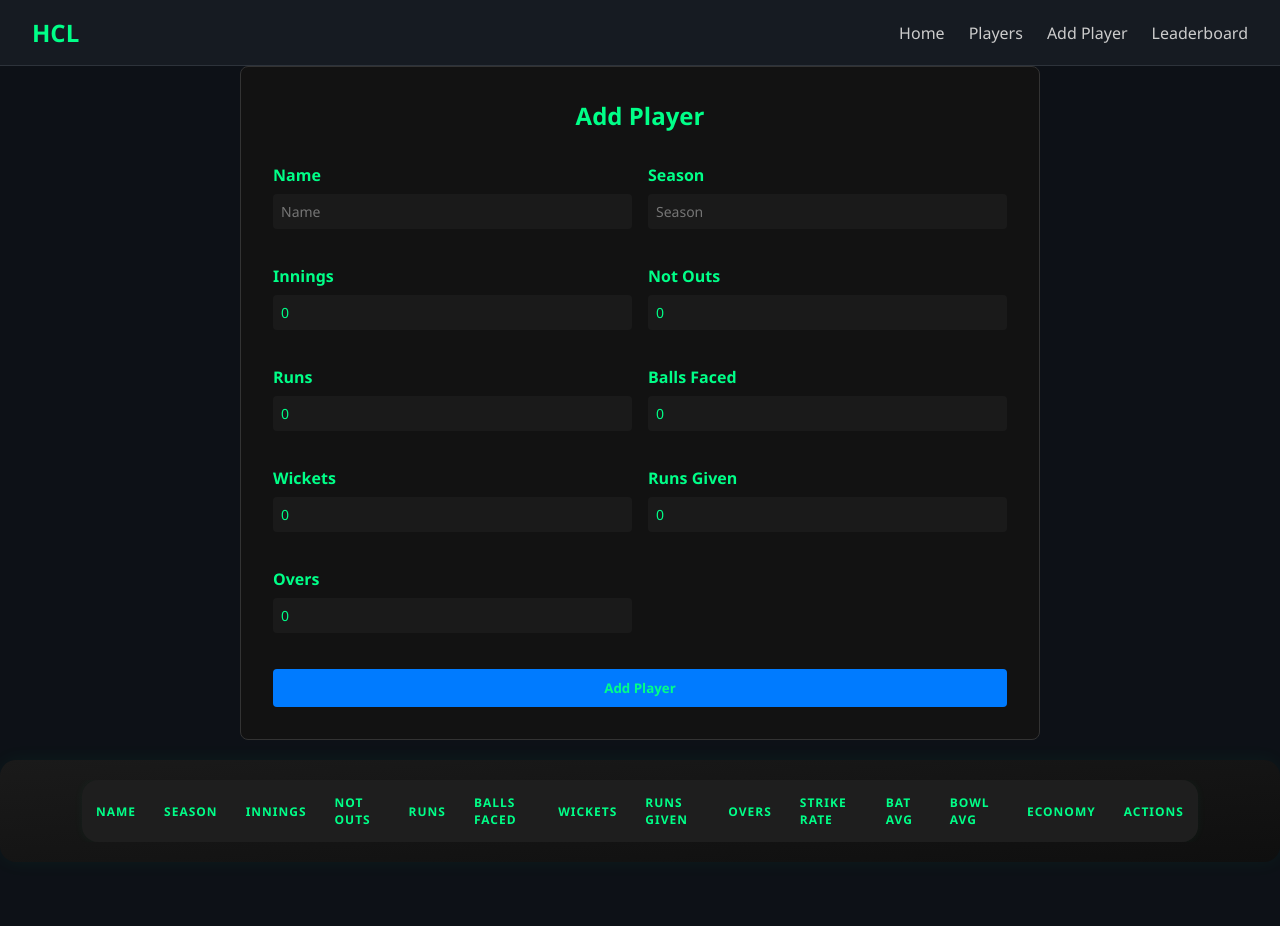
Repository: DanTastic-Dev/HCL
Page: /add (app in cricket-app/)
These files come from the project's save history. The page is drawn as it stood at one moment and after the next save; the edit follows.
The browser window is 1280 px wide. The pictures show the whole page.
The page's requests for data from a server got no answer. The project was rebuilt for these pictures with package versions that can differ from the ones it lists, and the page was loaded fresh each time. No one was signed in, and anything a server would have sent is missing. Also part of the build but not shown: cricket-app/src/components/TopPerformers.jsx, cricket-app/src/components/MiniLeaderboards.jsx, cricket-app/src/components/IntroAnimation.css, cricket-app/src/pages/HomePage.jsx, cricket-app/src/components/PlayerCard.jsx, cricket-app/src/pages/ViewPlayersPage.jsx, cricket-app/src/pages/LeaderboardPage.jsx, cricket-app/src/pages/EditPlayerPage.jsx.

Above is the page before, as saved 2025-06-19 12:31:02.

### cricket-app/public/index.html
<!DOCTYPE html>
<html lang="en">
  <head>
    <meta charset="UTF-8" />
    <meta name="viewport" content="width=device-width, initial-scale=1.0"/>
    <title>Cricket Stats App</title>
  </head>
  <body>
    <div id="root"></div>
  </body>
</html>

### cricket-app/src/index.js
import React from 'react';
import ReactDOM from 'react-dom/client';
import AppWithAnimation from './AppWithAnimation';
import './index.css';

const root = ReactDOM.createRoot(document.getElementById('root'));
root.render(
    <React.StrictMode>
        <AppWithAnimation />
    </React.StrictMode>
);

### cricket-app/src/AppWithAnimation.jsx
import React, { useState } from 'react';
import App from './App';
import IntroAnimation from './components/IntroAnimation';

const AppWithAnimation = () => {
    const [showIntro, setShowIntro] = useState(true);

    return showIntro ? <IntroAnimation onComplete={() => setShowIntro(false)} /> : <App />;
};

export default AppWithAnimation;

### cricket-app/src/index.css
/* index.css */

* {
  margin: 0;
  padding: 0;
  box-sizing: border-box;
  font-family: 'Segoe UI', Tahoma, Geneva, Verdana, sans-serif;
}

body {
  background-color: #f4f6f8;
  color: #333;
}

button {
  cursor: pointer;
  background-color: #007bff;
  border: none;
  color: white;
  padding: 8px 14px;
  border-radius: 4px;
  transition: background-color 0.2s ease;
}

button:hover {
  background-color: #0056b3;
}

input {
  padding: 8px;
  margin: 4px 0;
  border-radius: 4px;
  border: 1px solid #ccc;
  width: 100%;
}

table {
  width: 100%;
  border-collapse: collapse;
}

th, td {
  padding: 12px;
  border: 1px solid #ccc;
  text-align: left;
}

th {
  background-color: #e9ecef;
}

.container {
  max-width: 1200px;
  margin: 0 auto;
  padding: 20px;
}

/* index.css */
body, html {
  margin: 0;
  padding: 0;
  background-color: #0D1117; /* Deep black */
  color: #FFFFFF;
  font-family: 'Segoe UI', sans-serif;
  min-height: 100vh;
}
*:focus {
  outline: none !important;
  box-shadow: none !important;
}

th, td, table {
  border: none !important;
  outline: none !important;
}

*:focus {
  outline: none !important;
  box-shadow: none !important;
}

th, td, table, input, button {
  border: none !important;
  outline: none !important;
}

### cricket-app/src/components/IntroAnimation.jsx
import React, { useEffect, useState, useMemo } from "react";
import "./IntroAnimation.css";

const IntroAnimation = ({ topBatter, topBowler, onComplete }) => {
  const [displayText, setDisplayText] = useState("");
  const [stepIndex, setStepIndex] = useState(0);
  const [charIndex, setCharIndex] = useState(0);
  const [isTyping, setIsTyping] = useState(true);

  // 🛡️ If required data is missing, skip the intro
  useEffect(() => {
    if (!topBatter || !topBowler) {
      console.warn("Missing topBatter or topBowler, skipping intro animation");
      onComplete?.();
    }
  }, [topBatter, topBowler, onComplete]);

  const batterAvg =
    topBatter?.innings - topBatter?.notOuts > 0
      ? (topBatter.runs / (topBatter.innings - topBatter.notOuts)).toFixed(2)
      : "-";

  const batterSR =
    topBatter?.ballsFaced > 0
      ? ((topBatter.runs / topBatter.ballsFaced) * 100).toFixed(2)
      : "-";

  const bowlerEco =
    topBowler?.overs > 0
      ? (topBowler.runsGiven / topBowler.overs).toFixed(2)
      : "-";

  const steps = useMemo(() => {
    if (!topBatter || !topBowler) return [];

    return [
      `🏏 ${topBatter.runs} runs... ${batterAvg} avg... ${batterSR} SR...`,
      `🔥 Top Run Getter`,
      `${topBatter.name}`,
      `🎯 ${topBowler.wickets} wickets... ${bowlerEco} economy...`,
      `🔥 Top Wicket Taker`,
      `${topBowler.name}`,
    ];
  }, [topBatter, topBowler, batterAvg, batterSR, bowlerEco]);

  const isNameStep = stepIndex === 2 || stepIndex === 5;
  const isTitleStep = stepIndex === 1 || stepIndex === 4;

  useEffect(() => {
    if (!steps.length || !isTyping) return;

    const currentText = steps[stepIndex];
    if (charIndex < currentText.length) {
      const timeout = setTimeout(() => {
        setDisplayText((prev) => prev + currentText[charIndex]);
        setCharIndex((prev) => prev + 1);
      }, 30);
      return () => clearTimeout(timeout);
    } else {
      setIsTyping(false);
      setTimeout(() => {
        setCharIndex(0);
        setDisplayText("");
        if (stepIndex < steps.length - 1) {
          setStepIndex((prev) => prev + 1);
          setIsTyping(true);
        } else {
          setTimeout(() => onComplete?.(), 800);
        }
      }, 1200);
    }
  }, [charIndex, isTyping, stepIndex, steps, onComplete]);

  return (
    <div
      style={{
        height: "100vh",
        backgroundColor: "#0D1117",
        color: "#00FF88",
        display: "flex",
        alignItems: "center",
        justifyContent: "center",
        fontSize: isNameStep ? "3rem" : "2.3rem",
        fontWeight: "bold",
        fontFamily: "monospace",
        letterSpacing: "1.5px",
        textAlign: "center",
        padding: "0 2rem",
        transition: "font-size 0.3s ease-in-out",
      }}
    >
      <span className={isNameStep ? "reveal-name" : isTitleStep ? "reveal-title" : ""}>
        {steps.length > 0 ? displayText : ""}
      </span>
    </div>
  );
};

export default IntroAnimation;

### cricket-app/src/pages/AddPlayerPage.jsx
import { useState, useEffect } from 'react';
import PlayerForm from '../components/PlayerForm';
import PlayerTable from '../components/PlayerTable';

function AddPlayerPage() {
    const [players, setPlayers] = useState([]);
    const [formData, setFormData] = useState({
        name: '',
        season: '',
        innings: 0,
        notOuts: 0,
        runs: 0,
        ballsFaced: 0,
        wickets: 0,
        runsGiven: 0,
        overs: 0
    });

    const [failedAttempts, setFailedAttempts] = useState(0);
    const [isLocked, setIsLocked] = useState(false);
    // const PASSWORD = "cricket123";

    const handleChange = (e) => {
        const { name, value } = e.target;
        setFormData(prev => ({
            ...prev,
            [name]: value
        }));
    };

    const handleSubmit = async (e) => {
        e.preventDefault();

        if (isLocked) {
            alert("Too many failed attempts. Please wait 2 minutes.");
            return;
        }

        const input = prompt("Enter admin password to add player:");

        if (input !== PASSWORD) {
            const attempts = failedAttempts + 1;
            setFailedAttempts(attempts);
            alert(`Incorrect password. Attempt ${attempts}/5`);

            if (attempts >= 5) {
                setIsLocked(true);
                alert("Too many attempts. Locked for 2 minutes.");
                setTimeout(() => {
                    setIsLocked(false);
                    setFailedAttempts(0);
                }, 120000); // 2 minutes = 120000 ms
            }
            return;
        }

        setFailedAttempts(0); // Reset on success

        try {
            const parsedData = {
                ...formData,
                innings: parseInt(formData.innings),
                notOuts: parseInt(formData.notOuts),
                runs: parseInt(formData.runs),
                ballsFaced: parseInt(formData.ballsFaced),
                wickets: parseInt(formData.wickets),
                runsGiven: parseInt(formData.runsGiven),
                overs: parseFloat(formData.overs)
            };

            const response = await fetch('http://localhost:5000/players/add', {
                method: 'POST',
                headers: {
                    'Content-Type': 'application/json',
                    'x-admin-password': input // ✅ Send password in headers
                },
                body: JSON.stringify(parsedData)
            });

            if (response.ok) {
                const { player: newPlayer } = await response.json();
                setPlayers([...players, newPlayer]);

                // Reset form
                setFormData({
                    name: '',
                    season: '',
                    innings: 0,
                    notOuts: 0,
                    runs: 0,
                    ballsFaced: 0,
                    wickets: 0,
                    runsGiven: 0,
                    overs: 0
                });
            } else {
                const errorText = await response.text();
                console.error('Failed to add player:', errorText);
            }
        } catch (error) {
            console.error('Error:', error);
        }
    };

    useEffect(() => {
        const fetchPlayers = async () => {
            try {
                const response = await fetch('http://localhost:5000/players');
                if (response.ok) {
                    const data = await response.json();
                    setPlayers(data);
                } else {
                    console.error('Failed to fetch players');
                }
            } catch (error) {
                console.error('Error fetching players:', error);
            }
        };

        fetchPlayers();
    }, []);

    return (
        <div style={{ marginBottom: '4rem' }}>
            {/* <h1>Add Player</h1> */}
            <PlayerForm
                formData={formData}
                handleChange={handleChange}
                handleSubmit={handleSubmit}
            />
            <PlayerTable players={players} />
        </div>
    );
}

export default AddPlayerPage;

### cricket-app/src/components/Navbar.jsx
// src/components/Navbar.js
import React from "react";
import { Link } from "react-router-dom";

const Navbar = () => {
    return (
        <nav style={{
            backgroundColor: "#161B22",
            padding: "1rem 2rem",
            display: "flex",
            alignItems: "center",
            justifyContent: "space-between",
            borderBottom: "1px solid #2D333B",
            position: "sticky",
            top: 0,
            zIndex: 1000
        }}>
            <div style={{ fontSize: "1.5rem", fontWeight: "bold", color: "#00FF88" }}>
                HCL
            </div>
            <div style={{ display: "flex", gap: "1.5rem" }}>
                <Link to="/" style={navLinkStyle}>Home</Link>
                <Link to="/players" style={navLinkStyle}>Players</Link>
                <Link to="/add" style={navLinkStyle}>Add Player</Link>
                <Link to="/leaderboard" style={navLinkStyle}>Leaderboard</Link>
            </div>
        </nav>
    );
};

const navLinkStyle = {
    color: "#ccc",
    textDecoration: "none",
    fontSize: "1rem",
    transition: "color 0.3s",
};

export default Navbar;

### cricket-app/src/components/PlayerForm.jsx
import React from 'react';

const fontColor = '#00FF88';

const formGroupStyle = {
    display: 'flex',
    flexDirection: 'column',
    marginBottom: '1rem',
    color: fontColor,
};

const inputStyle = {
    padding: '8px',
    fontSize: '14px',
    border: '1px solid #ccc',
    borderRadius: '4px',
    color: fontColor,
    backgroundColor: '#1a1a1a', // Optional: make background darker for contrast
};

const labelStyle = {
    marginBottom: '4px',
    fontWeight: 'bold',
    color: fontColor,
};

const containerStyle = {
    display: 'grid',
    gridTemplateColumns: '1fr 1fr',
    gap: '1rem',
};

const formWrapperStyle = {
    maxWidth: '800px',
    margin: 'auto',
    backgroundColor: '#121212', // dark background for contrast
    padding: '2rem',
    borderRadius: '8px',
    border: '1px solid #333',
    color: fontColor,
};

const submitButtonStyle = {
    gridColumn: '1 / -1',
    padding: '10px 20px',
    backgroundColor: '#007bff',
    color: fontColor,
    border: 'none',
    borderRadius: '4px',
    cursor: 'pointer',
    fontWeight: 'bold',
};

const PlayerForm = ({ formData, handleChange, handleSubmit }) => (
    <form onSubmit={handleSubmit} style={formWrapperStyle}>
        <h2 style={{ textAlign: 'center', marginBottom: '2rem', color: fontColor }}>
            Add Player
        </h2>

        <div style={containerStyle}>
            {[
                { label: 'Name', name: 'name' },
                { label: 'Season', name: 'season' },
                { label: 'Innings', name: 'innings', type: 'number' },
                { label: 'Not Outs', name: 'notOuts', type: 'number' },
                { label: 'Runs', name: 'runs', type: 'number' },
                { label: 'Balls Faced', name: 'ballsFaced', type: 'number' },
                { label: 'Wickets', name: 'wickets', type: 'number' },
                { label: 'Runs Given', name: 'runsGiven', type: 'number' },
                { label: 'Overs', name: 'overs', type: 'number', step: '0.1' },
            ].map(({ label, name, type = 'text', step }) => (
                <div style={formGroupStyle} key={name}>
                    <label style={labelStyle}>{label}</label>
                    <input
                        style={inputStyle}
                        name={name}
                        type={type}
                        step={step}
                        value={formData[name]}
                        onChange={handleChange}
                        required={name === 'name' || name === 'season'}
                        placeholder={label}
                    />
                </div>
            ))}

            <button type="submit" style={submitButtonStyle}>
                Add Player
            </button>
        </div>
    </form>
);

export default PlayerForm;

### cricket-app/src/components/PlayerTable.jsx
import React, { useState } from "react";
import { useNavigate } from 'react-router-dom';

const PlayerTable = ({ players, setPlayers }) => {
    const navigate = useNavigate();
    const [failedAttempts, setFailedAttempts] = useState(0);
    const [isLocked, setIsLocked] = useState(false);

    // const PASSWORD = "cricket123";

    const handleDelete = async (id) => {
    if (isLocked) {
        alert("Too many failed attempts. Please wait 1 minute.");
        return;
    }

    const input = prompt("Enter admin password to delete:");

    if (!input) return;

    try {
        const response = await fetch(`http://localhost:5000/players/${id}`, {
            method: 'DELETE',
            headers: {
                'x-admin-password': input
            }
        });

        if (response.ok) {
            setPlayers(prev => prev.filter(p => p._id !== id));
            setFailedAttempts(0);
        } else {
            const attempts = failedAttempts + 1;
            setFailedAttempts(attempts);
            alert(`Incorrect password. Attempt ${attempts}/5`);
            if (attempts >= 5) {
                setIsLocked(true);
                setTimeout(() => {
                    setIsLocked(false);
                    setFailedAttempts(0);
                }, 60000);
            }
        }
    } catch (err) {
        console.error("Error deleting player:", err);
    }
};


   const handleEdit = (id) => {
    if (isLocked) {
        alert("Too many failed attempts. Please wait 1 minute.");
        return;
    }

    const input = prompt("Enter admin password:");

    if (!input) return;

    // Send a dummy request to validate password before navigating
    fetch(`http://localhost:5000/players/${id}`, {
        method: "GET",
        headers: {
            "x-admin-password": input
        }
    })
        .then(res => {
            if (res.ok) {
                setFailedAttempts(0);
                navigate(`/edit/${id}`, { state: { password: input } }); // ✅ pass it for edit use
            } else {
                throw new Error("Unauthorized");
            }
        })
        .catch(() => {
            const attempts = failedAttempts + 1;
            setFailedAttempts(attempts);
            alert(`Incorrect password. Attempt ${attempts}/5`);
            if (attempts >= 5) {
                setIsLocked(true);
                setTimeout(() => {
                    setIsLocked(false);
                    setFailedAttempts(0);
                }, 60000); // 1 minute
            }
        });
};


    return (
        <div style={{
            padding: "20px",
            background: "linear-gradient(to bottom right, #1a1a1a, #0f0f0f)",
            color: "white",
            borderRadius: "16px",
            boxShadow: "0 0 20px rgba(0,255,136,0.05)",
            marginTop: "20px",
            outline: "none",
            border: "none"
        }}>
            <div style={{ overflowX: "auto" }}>
                <table style={{
                    width: "90%",
                    margin: "0 auto",
                    borderCollapse: "collapse",
                    borderRadius: "16px",
                    overflow: "hidden",
                    backgroundColor: "#181818",
                    outline: "none",
                    border: "none",
                    boxShadow: "0 0 10px rgba(0, 255, 136, 0.05)"
                }}>
                    <thead>
                        <tr>
                            {["Name", "Season", "Innings", "Not Outs", "Runs", "Balls Faced", "Wickets", "Runs Given", "Overs", "Strike Rate", "Bat Avg", "Bowl Avg", "Economy", "Actions"].map((h, i) => (
                                <th key={i} style={{
                                    padding: "14px",
                                    color: "#00FF88",
                                    fontSize: "12px",
                                    textTransform: "uppercase",
                                    backgroundColor: "#1e1e1e",
                                    letterSpacing: "1px",
                                    fontWeight: "600",
                                    border: "none",
                                    outline: "none"
                                }}>
                                    {h}
                                </th>
                            ))}
                        </tr>
                    </thead>
                    <tbody>
                        {players.map((p, index) => (
                            <tr
                                key={p._id}
                                style={{
                                    backgroundColor: index % 2 === 0 ? "#121212" : "#101010",
                                    textAlign: "center",
                                    transition: "background 0.3s ease"
                                }}
                                onMouseEnter={e => e.currentTarget.style.backgroundColor = "#1c1c1c"}
                                onMouseLeave={e => e.currentTarget.style.backgroundColor = index % 2 === 0 ? "#121212" : "#101010"}
                            >
                                <td style={{ border: "none", outline: "none" }}>{p.name}</td>
                                <td style={{ border: "none", outline: "none" }}>{p.season}</td>
                                <td style={{ border: "none", outline: "none" }}>{p.innings}</td>
                                <td style={{ border: "none", outline: "none" }}>{p.notOuts}</td>
                                <td style={{ border: "none", outline: "none" }}>{p.runs}</td>
                                <td style={{ border: "none", outline: "none" }}>{p.ballsFaced}</td>
                                <td style={{ border: "none", outline: "none" }}>{p.wickets}</td>
                                <td style={{ border: "none", outline: "none" }}>{p.runsGiven}</td>
                                <td style={{ border: "none", outline: "none" }}>{p.overs}</td>
                                <td style={{ border: "none", outline: "none" }}>{p.runs && p.ballsFaced ? ((p.runs / p.ballsFaced) * 100).toFixed(2) : "-"}</td>
                                <td style={{ border: "none", outline: "none" }}>{p.runs && p.innings > p.notOuts ? (p.runs / (p.innings - p.notOuts)).toFixed(2) : "-"}</td>
                                <td style={{ border: "none", outline: "none" }}>{p.wickets > 0 ? (p.runsGiven / p.wickets).toFixed(2) : "-"}</td>
                                <td style={{ border: "none", outline: "none" }}>{p.overs > 0 ? (p.runsGiven / p.overs).toFixed(2) : "-"}</td>
                                <td style={{ border: "none", outline: "none" }}>
                                    <button
                                        onClick={() => handleEdit(p._id)}
                                        style={{
                                            backgroundColor: "#00FF88",
                                            color: "#0f0f0f",
                                            border: "none",
                                            padding: "6px 12px",
                                            borderRadius: "6px",
                                            cursor: "pointer",
                                            marginRight: "6px",
                                            fontWeight: "600",
                                            fontSize: "12px",
                                            outline: "none"
                                        }}
                                    >
                                        Edit
                                    </button>
                                    <button
                                        onClick={() => handleDelete(p._id)}
                                        style={{
                                            backgroundColor: "#ff4d4d",
                                            color: "#fff",
                                            border: "none",
                                            padding: "6px 12px",
                                            borderRadius: "6px",
                                            cursor: "pointer",
                                            fontWeight: "600",
                                            fontSize: "12px",
                                            outline: "none"
                                        }}
                                    >
                                        Delete
                                    </button>
                                </td>
                            </tr>
                        ))}
                    </tbody>
                </table>
            </div>
        </div>
    );
};

export default PlayerTable;

Loaded but not shown: cricket-app/src/App.js (31 lines, source omitted)

After the next save:
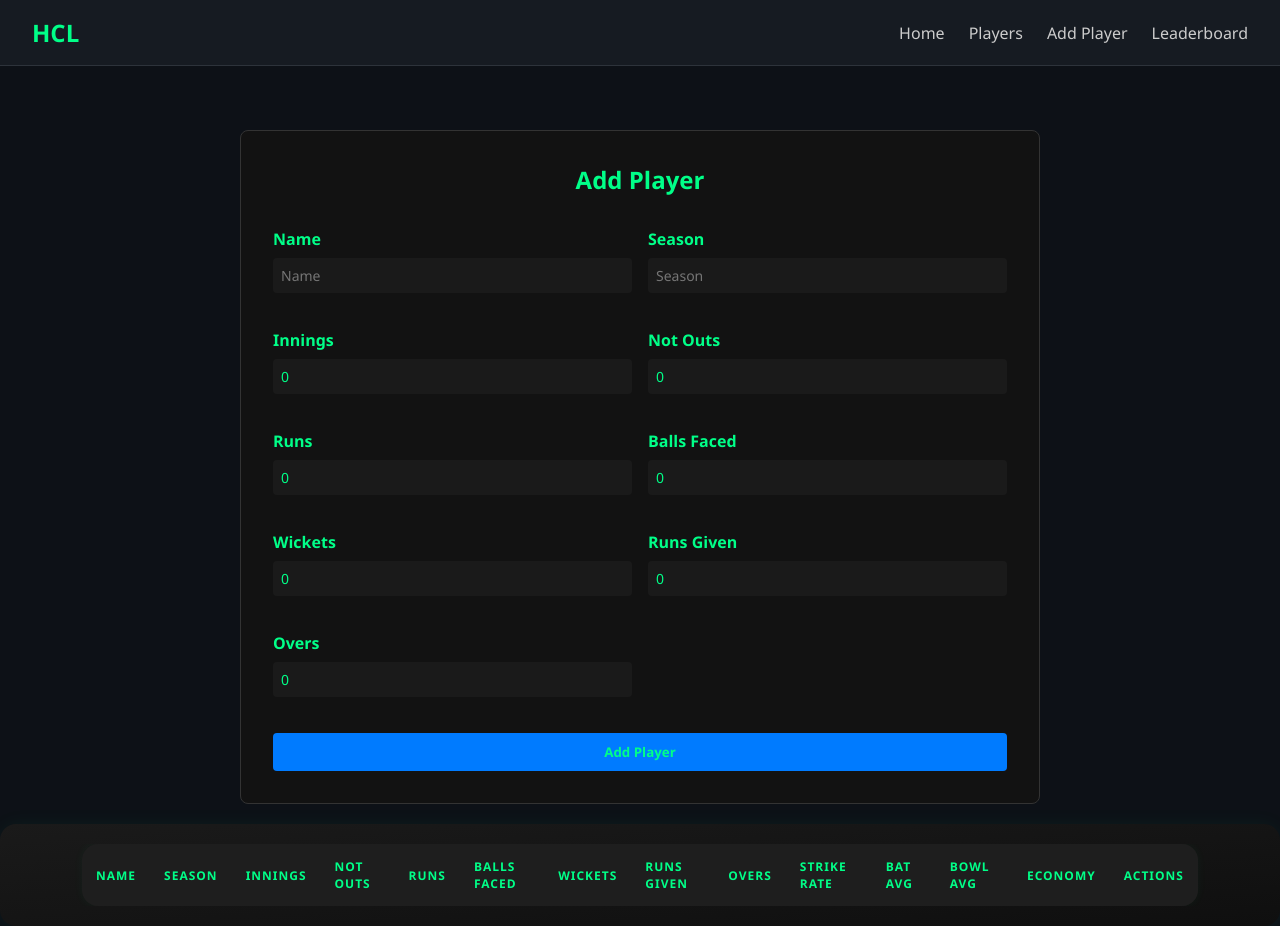
Saved 10 s later.
--- a/cricket-app/src/pages/AddPlayerPage.jsx
+++ b/cricket-app/src/pages/AddPlayerPage.jsx
@@ -121,7 +121,7 @@ function AddPlayerPage() {
     }, []);
 
     return (
-        <div style={{ marginBottom: '4rem' }}>
+        <div style={{ marginTop: '4rem' }}>
             {/* <h1>Add Player</h1> */}
             <PlayerForm
                 formData={formData}
